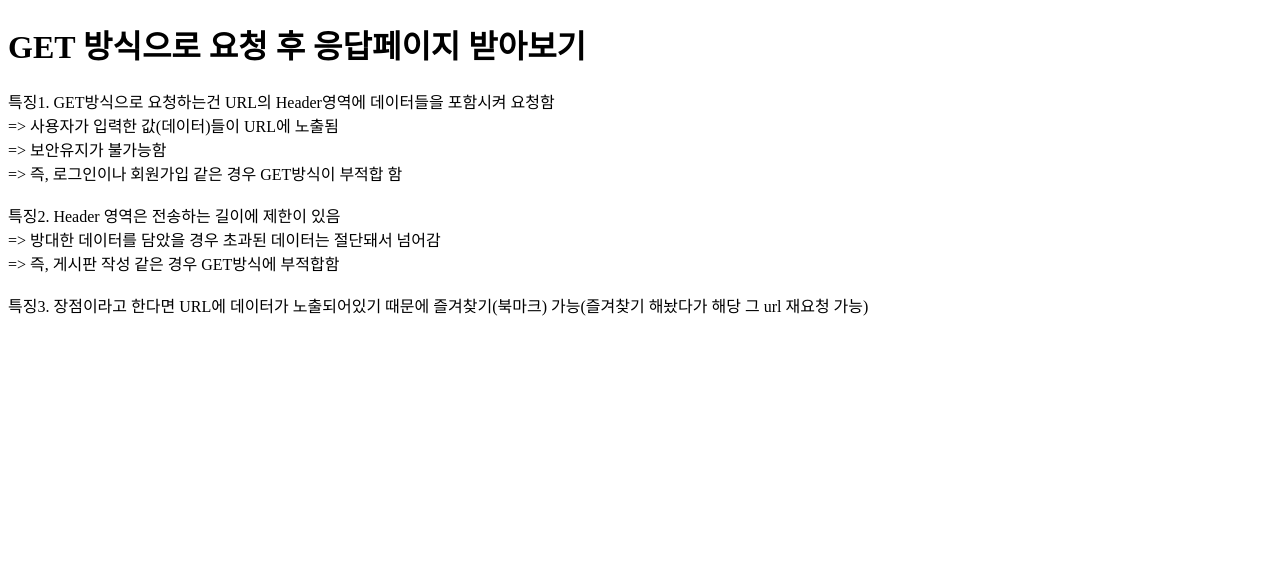
Repository: Young-27/DailyStudy
Page: Server/web-workspace1/1_Servlet/WebContent/views/requestTest_GET.html
These files come from the project's save history. The page is drawn as it stood at one moment and after the next save; the edit follows.
The browser window is 1280 px wide. The pictures show the whole page.

Above is the page before, as saved 2021-04-26 10:24:01.

After the next save:
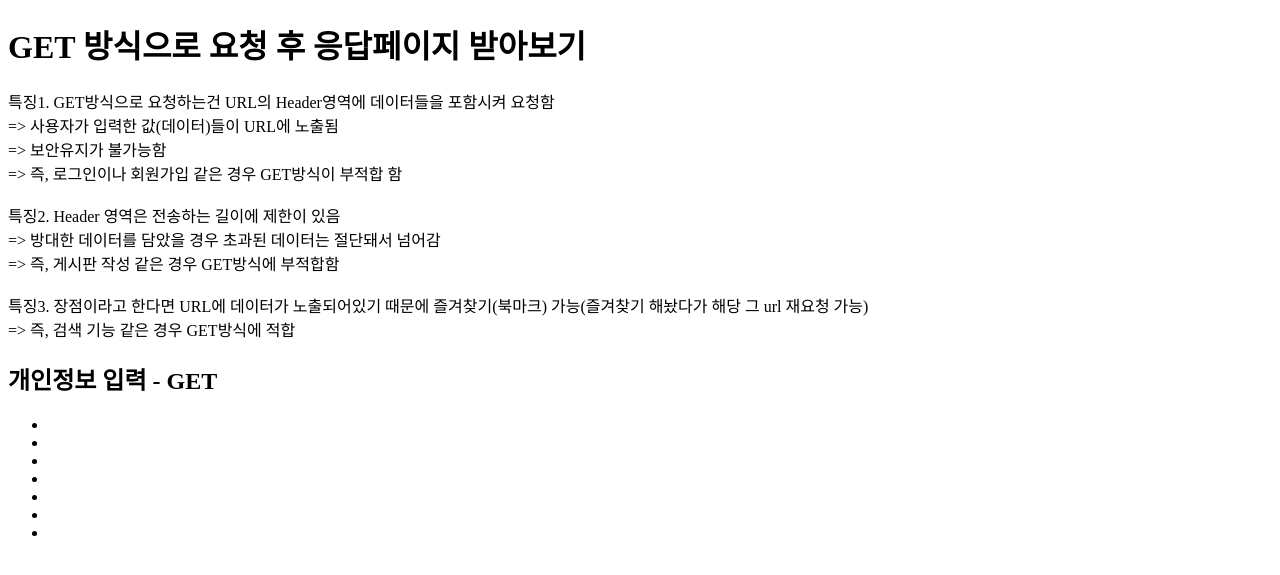
Saved 5 min 4 s later.
--- a/Server/web-workspace1/1_Servlet/WebContent/views/requestTest_GET.html
+++ b/Server/web-workspace1/1_Servlet/WebContent/views/requestTest_GET.html
@@ -18,12 +18,23 @@
 		=> 방대한 데이터를 담았을 경우 초과된 데이터는 절단돼서 넘어감 <br>
 		=> 즉, 게시판 작성 같은 경우 GET방식에 부적합함 <br><br>
 
-		특징3. 장점이라고 한다면 URL에 데이터가 노출되어있기 때문에 즐겨찾기(북마크) 가능(즐겨찾기 해놨다가 해당 그 url 재요청 가능)
+		특징3. 장점이라고 한다면 URL에 데이터가 노출되어있기 때문에 즐겨찾기(북마크) 가능(즐겨찾기 해놨다가 해당 그 url 재요청 가능) <br>
+		=> 즉, 검색 기능 같은 경우 GET방식에 적합
 	</p>
 
+	<h2>개인정보 입력 - GET</h2>
 
-	<form action="" method="">
+	<form action="" method="get">
 
+		<ul>
+			<li></li>
+			<li></li>
+			<li></li>
+			<li></li>
+			<li></li>
+			<li></li>
+			<li></li>
+		</ul>
 
 
 	</form>
